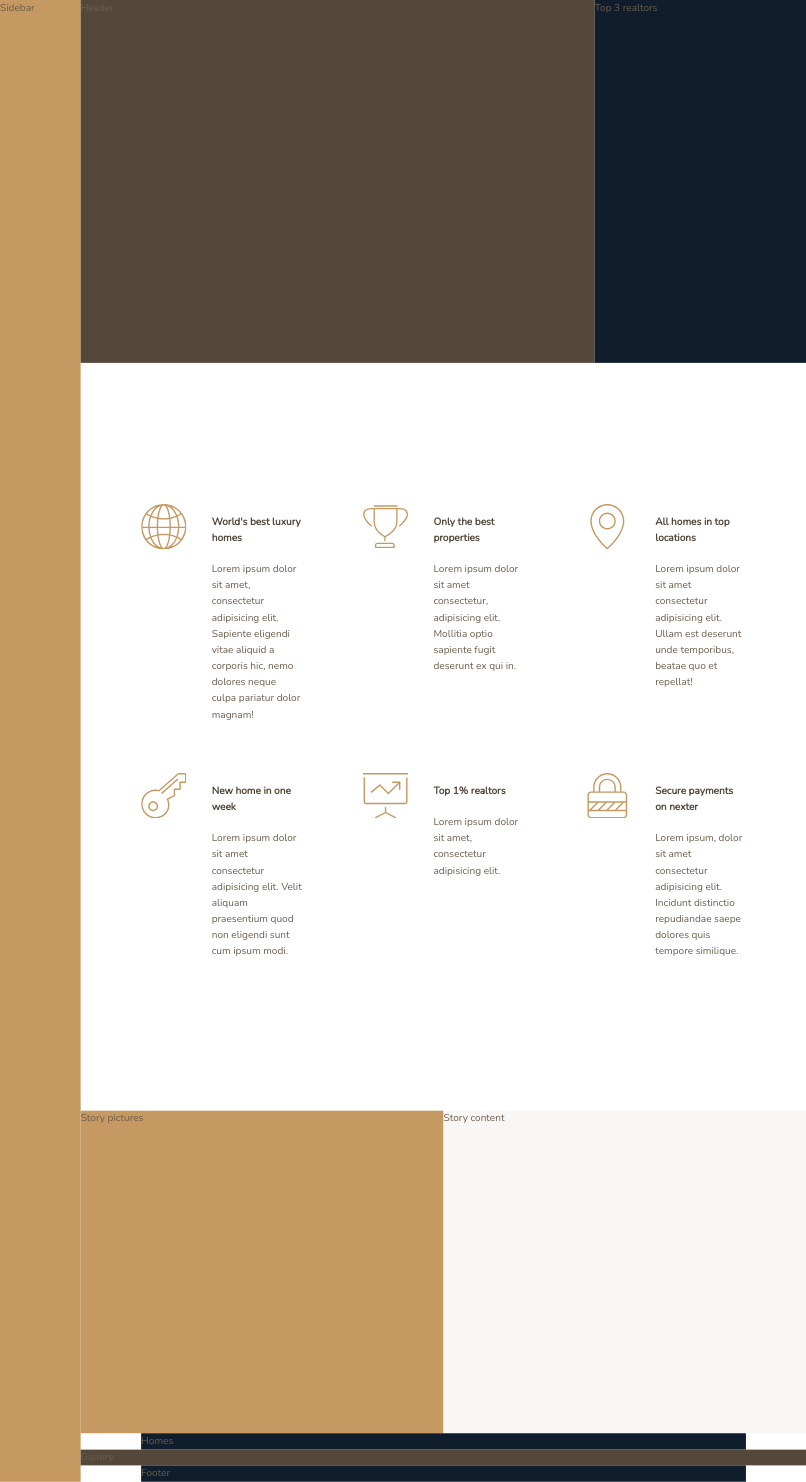
Repository: achwesiuk/nexter
Page: index.html
An editor plug-in stored every save of this project. The page is shown before and after the next save, followed by the edit.
The browser window is 1280 px wide. The pictures show the whole page, at 63% of full size.
The style sheet was rebuilt from its Sass, Less or Tailwind sources for each picture, by a compiler version that may differ from the author's.

Above is the page before, as saved 2021-02-23 10:21:14.

### index.html
<!DOCTYPE html>
<html lang="en">
    <head>
        <meta charset="UTF-8">
        <meta name="viewport" content="width=device-width, initial-scale=1.0">
        <meta http-equiv="X-UA-Compatible" content="ie=edge">

        <link href="https://fonts.googleapis.com/css?family=Josefin+Sans:300,400,400i|Nunito:300,300i" rel="stylesheet">
        <link rel="stylesheet" href="css/style.css">
        <link rel="shortcut icon" type="image/png" href="img/favicon.png">

        <title>nexter &mdash; your home, your freedom</title>
    </head>
    <body class="container">
        <div class="sidebar">
            Sidebar
        </div>

        <header class="header">
            Header
        </header>

        <div class="realtors">
            Top 3 realtors
        </div>

        <section class="features">
            <div class="feature">
                <svg class="feature__icon">
                    <use xlink:href="img/sprite.svg#icon-global"></use>
                </svg>
                <h4 class="heading-4--dark">World's best luxury homes</h4>
                <p class="feature-text">Lorem ipsum dolor sit amet, consectetur adipisicing elit. Sapiente eligendi vitae aliquid a corporis hic, nemo dolores neque culpa pariatur dolor magnam!</p>
            </div>
            <div class="feature">
                <svg class="feature__icon">
                    <use xlink:href="img/sprite.svg#icon-trophy"></use>
                </svg>
                <h4 class="heading-4--dark">Only the best properties</h4>
                <p class="feature-text">Lorem ipsum dolor sit amet consectetur, adipisicing elit. Mollitia optio sapiente fugit deserunt ex qui in.</p>
            </div>
            <div class="feature">
                <svg class="feature__icon">
                    <use xlink:href="img/sprite.svg#icon-map-pin"></use>
                </svg>
                <h4 class="heading-4--dark">All homes in top locations</h4>
                <p class="feature-text">Lorem ipsum dolor sit amet consectetur adipisicing elit. Ullam est deserunt unde temporibus, beatae quo et repellat!</p>
            </div>
            <div class="feature">
                <svg class="feature__icon">
                    <use xlink:href="img/sprite.svg#icon-key"></use>
                </svg>
                <h4 class="heading-4--dark">New home in one week</h4>
                <p class="feature-text">Lorem ipsum dolor sit amet consectetur adipisicing elit. Velit aliquam praesentium quod non eligendi sunt cum ipsum modi.</p>
            </div>
            <div class="feature">
                <svg class="feature__icon">
                    <use xlink:href="img/sprite.svg#icon-presentation"></use>
                </svg>
                <h4 class="heading-4--dark">Top 1% realtors</h4>
                <p class="feature-text">Lorem ipsum dolor sit amet, consectetur adipisicing elit.</p>
            </div>
            <div class="feature">
                <svg class="feature__icon">
                    <use xlink:href="img/sprite.svg#icon-lock"></use>
                </svg>
                <h4 class="heading-4--dark">Secure payments on nexter</h4>
                <p class="feature-text">Lorem ipsum, dolor sit amet consectetur adipisicing elit. Incidunt distinctio repudiandae saepe dolores quis tempore similique.</p>
            </div>
        </section>

        <div class="story__pictures">
            Story pictures
        </div>

        <div class="story__content">
            Story content
        </div>

        <section class="homes">
            Homes
        </section>

        <section class="gallery">
            Gallery
        </section>

        <footer>
            Footer
        </footer>
    </body>
</html>

### sass/main.scss
@import "base";
@import "typography";

@import "sidebar";
@import "header";
@import "realtors";
@import "features";
@import "story";
@import "homes";
@import "gallery";
@import "footer";

### sass/_base.scss
// COLOR VARIABLES
$color-primary: #c69963;
$color-primary-dark: #B28451;

$color-secondary: #101d2c;

$color-grey-light-1: #f9f7f6;
$color-grey-light-2: #aaa;

$color-grey-dark-1: #54483A;
$color-grey-dark-2: #6D5D4B;

// FONT VARIABLES
$font-primary: 'Nunito', sans-serif;
$font-display: 'Josefin Sans', sans-serif;

*,
*::before,
*::after {
    margin: 0;
    padding: 0;
    -webkit-box-sizing: inherit;
            box-sizing: inherit; //dziedziczy po HTML
}

.html {
    -webkit-box-sizing: border-box;
            box-sizing: border-box;
    font-size: 62.5%; // 10px / 16px = 62.5% -> 1rem = 10px
}

body {
    font-family: $font-primary;
    color: $color-grey-dark-2;
    font-weight: 300;
    line-height: 1.6;
}

.container {
    display: grid;
    grid-template-rows: 80vh min-content 40vw repeat(3, min-content); // 1.wiersz - wysokość wiersza jest wartością procentową vh; jest to siatka jawna z jednym wierszem, pozostałe elementy będą dodane w siatce niejawnej (elementy, które nie mają miejsca w siatce jawnej)
    // 2. wiersz - wysokość wiersza uzależniona od zawartej w nim treści
    // 2. auto - domyślne, jeżeli nic nie będzie określone; również dopasowuje się do treści
    // 3. wiersz - wiersz uzależniony od szerokości układu (podczas zmiany szerokości widoku zmieniają się wymiary wiersza - zwęża się, rośnie)
    // 4, 5, 6 - wysokość wiersza uzależnione od jego zawartości
    grid-template-columns: [sidebar-start] 8rem [sidebar-end full-start] minmax(6rem, 1fr) [center-start] repeat(8, [col-start] minmax(min-content, 14rem) [col-end]) [center-end] minmax(6rem, 1fr) [full-end];
}

### sass/_typography.scss
%heading { //extended działa przeciwnie do mixin; selektory (heading-1 etc.) są kopiowane to selektora na górze
    font-family: $font-display;
    font-weight: 400;
}

.heading-1 {
    @extend %heading;
}

.heading-2 {
    @extend %heading;
}

.heading-3 {
    @extend %heading;
}

.heading-4 {
    @extend %heading;
    font-size: 1.9rem;

    &--light {color: $color-grey-light-1;}
    &--dark {color: $color-grey-dark-1;}
}

### sass/_sidebar.scss
.sidebar {
    background-color: $color-primary;
    grid-column: sidebar-start / sidebar-end;
    grid-row: 1 / -1;
}

### sass/_header.scss
.header {
    background-color: $color-grey-dark-1;
    grid-column: full-start / col-end 6;
}

### sass/_realtors.scss
.realtors {
    background-color: $color-secondary;
    grid-column: col-start 7 / full-end;
}

### sass/_features.scss
.features {
    grid-column: center-start / center-end;

    margin: 15rem 0;

    display: grid;
    //grid-template-columns: repeat(3, 1fr);
    grid-template-columns: repeat(auto-fit, minmax(15rem, 1fr));
    //grid-template-rows: auto auto; niepotrzebne, ponieważ wiersze i tak układają się w ten sposób
    grid-gap: 6rem;
    align-items: start;
}

.feature {

    display: grid;
    grid-template-columns: min-content 1fr; //min-content odnosi się do wymiarów ikony
    //nie trzeba określać wierszy, mają mieć wielkość zawartej w nich treści
    grid-row-gap: 1.5rem;
    grid-column-gap: 2.5rem;

    &__icon {
        fill: $color-primary;
        width: 4.5rem;
        height: 4.5rem;
        transform: translateY(-1rem);

        //grid-row: 1 / -1; // -1 oznacza koniec JAWNEJ SIATKI, a tutaj jest niejawna
        grid-row: -1 / span 2;
    }

    &__text {
        font-size: 1.7rem;
    }
}

### sass/_story.scss
.story {

    &__pictures {
        background-color: $color-primary;
        grid-column: full-start / col-end 4;
    }

    &__content {
        background-color: $color-grey-light-1;
        grid-column: col-start 5 / full-end;
    }
}

### sass/_homes.scss
.homes {
    background-color: $color-secondary;
    grid-column: center-start / center-end;
}

### sass/_gallery.scss
.gallery {
    background-color: $color-grey-dark-1;
    grid-column: full-start / full-end;
}

### sass/_footer.scss
footer {
    background-color: $color-secondary;
    grid-column: center-start / center-end;
}

After the next save:
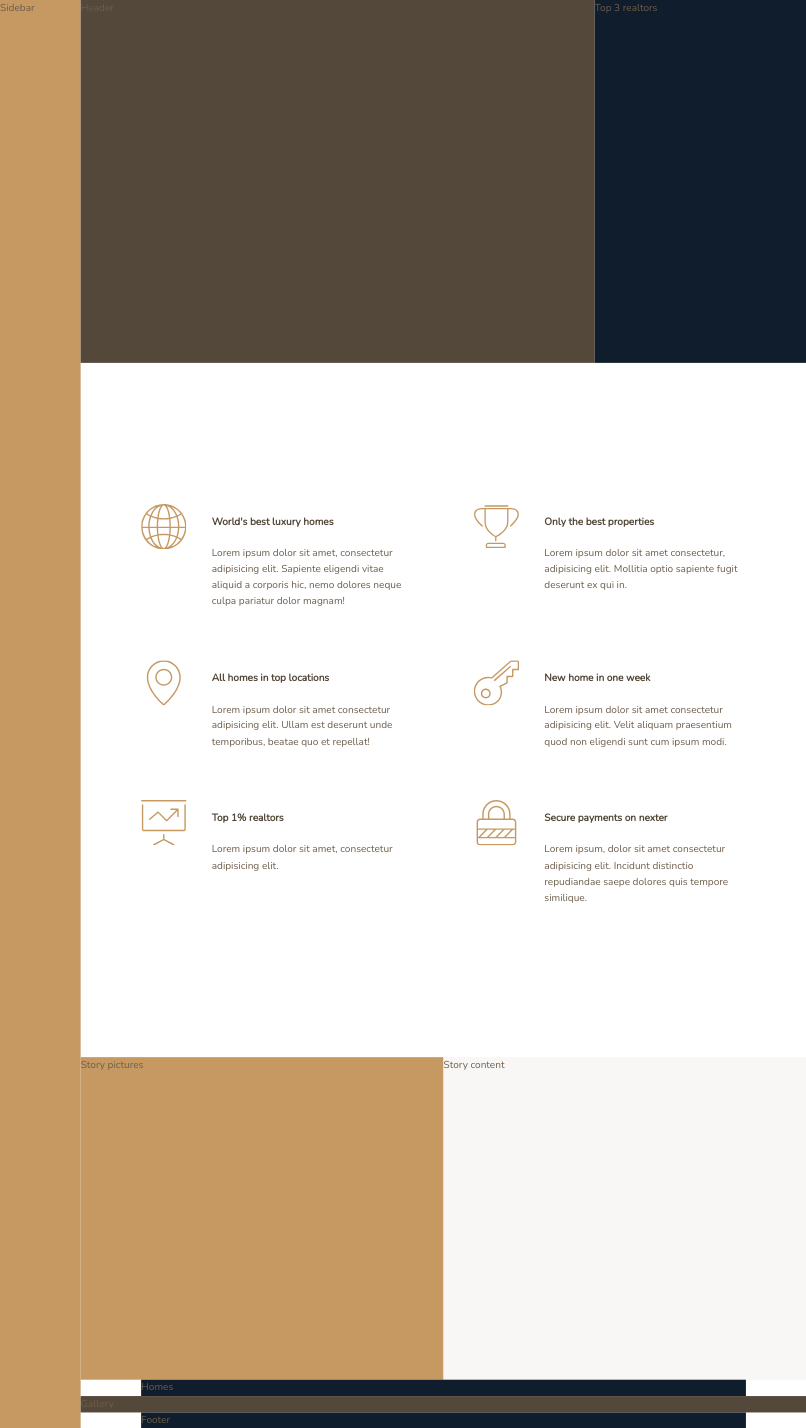
Saved 5 s later.
--- a/sass/_features.scss
+++ b/sass/_features.scss
@@ -5,7 +5,7 @@
 
     display: grid;
     //grid-template-columns: repeat(3, 1fr);
-    grid-template-columns: repeat(auto-fit, minmax(15rem, 1fr));
+    grid-template-columns: repeat(auto-fit, minmax(25rem, 1fr));
     //grid-template-rows: auto auto; niepotrzebne, ponieważ wiersze i tak układają się w ten sposób
     grid-gap: 6rem;
     align-items: start;
